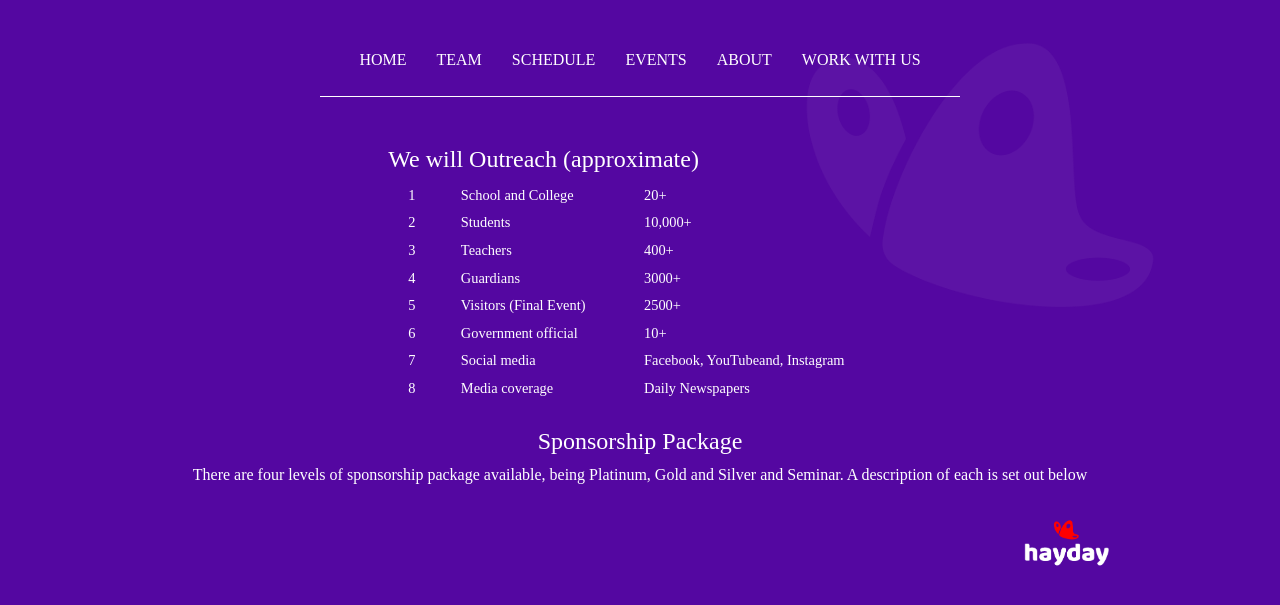
Repository: im1971/company-web
Page: workWithUs.html
An editor plug-in stored every save of this project. The page is shown before and after the next save, followed by the edit.
The browser window is 1280 px wide. The pictures show the whole page.
Some web fonts or font styles are not loaded; a fallback is used.

Above is the page before, as saved 2020-01-27 10:15:48.

### workWithUs.html
<!DOCTYPE html>
<html>

<head>
    <title>hayday</title>
    <link rel="shortcut icon" type="img/x-icon" href="img/fav.png" />
    <link rel="stylesheet" href="css/mdb.min.css">
    <link rel="stylesheet" href="css/bootstrap.min.css">
    <link rel="stylesheet" href="css/fontawesome.min.css">
    <link rel="stylesheet" href="css/all.min.css">
    <link rel="stylesheet" href="css/style.css">
    <!-- fonts -->
    <link href="https://fonts.googleapis.com/css?family=Baloo+Bhai&display=swap" rel="stylesheet">
    <!-- fonts -->

</head>

<body>

    <div class="wrap_hayday">
        <div class="back_img"></div>
        <div class="container-fluid">
            <div class="row justify-content-center pb-5">
                <div class="col-md-12">
                    <nav class="navbar navbar-expand-lg">
                        <button class="navbar-toggler" type="button" data-toggle="collapse" data-target="#navbarSupportedContent" aria-controls="navbarSupportedContent" aria-expanded="false" aria-label="Toggle navigation">
                          <span class="navbar-toggler-icon"></span>
                        </button>

                        <div class="collapse navbar-collapse" id="navbarSupportedContent">
                            <ul class="navbar-nav m-auto text-uppercase">
                                <li class="nav-item active">
                                    <a class="nav-link" href="index.html">Home</a>
                                </li>
                                <li class="nav-item">
                                    <a class="nav-link" href="team.html">Team</a>
                                </li>
                                <li class="nav-item">
                                    <a class="nav-link" href="#">SCHEDULE</a>
                                </li>
                                <li class="nav-item">
                                    <a class="nav-link" href="#">Events</a>
                                </li>
                                <li class="nav-item">
                                    <a class="nav-link" href="about.html">About</a>
                                </li>
                                <li class="nav-item">
                                    <a class="nav-link" href="workWithUs.html">Work With us</a>
                                </li>
                            </ul>
                        </div>
                    </nav>
                </div>
                <div class="col-md-6 border_deco pt-3"></div>
            </div>
            <!-- <div class="container"> -->
            <div class="row justify-content-center">
                <div class="col-md-5 outreach">
                    <h4>We will Outreach (approximate)</h4>
                    <div class="table-responsive table-sm">
                        <table class="table">
                            <tbody>
                                <tr>
                                    <td>1</td>
                                    <td>School and College</td>
                                    <td>20+</td>
                                </tr>
                                <tr>
                                    <td>2</td>
                                    <td>Students</td>
                                    <td>10,000+</td>
                                </tr>
                                <tr>
                                    <td>3</td>
                                    <td>Teachers</td>
                                    <td>400+</td>
                                </tr>
                                <tr>
                                    <td>4</td>
                                    <td>Guardians</td>
                                    <td>3000+</td>
                                </tr>
                                <tr>
                                    <td>5</td>
                                    <td>Visitors (Final Event)</td>
                                    <td>2500+</td>
                                </tr>
                                <tr>
                                    <td>6</td>
                                    <td>Government official</td>
                                    <td>10+</td>
                                </tr>
                                <tr>
                                    <td>7</td>
                                    <td>Social media</td>
                                    <td>Facebook, YouTubeand, Instagram</td>
                                </tr>
                                <tr>
                                    <td>8</td>
                                    <td>Media coverage</td>
                                    <td>Daily Newspapers</td>
                                </tr>
                            </tbody>
                        </table>
                    </div>
                </div>
            </div>
            <div class="row justify-content-center mt-2">
                <div class="col-md-12">
                    <h4 class="text-center">Sponsorship Package</h4>
                    <p class="text-center">
                        There are four levels of sponsorship package available, being Platinum, Gold and Silver and Seminar. A description of each is set out below
                    </p>
                </div>
            </div>
            <!-- </div> -->
            <div class="row justify-content-end my-3">
                <div class="col-md-4 m-autp">
                    <div class="middle_body">
                        <div class="logo">
                            <img src="img/logo.png" alt="" style="height: 50px">
                        </div>
                        <!-- <p>Read about our Inspiration</p> -->
                    </div>
                </div>
            </div>
        </div>
    </div>
    </div>



    <!-- <script src="https://code.jquery.com/jquery-3.4.1.slim.min.js" integrity="sha384-J6qa4849blE2+poT4WnyKhv5vZF5SrPo0iEjwBvKU7imGFAV0wwj1yYfoRSJoZ+n" crossorigin="anonymous"></script>
    <script src="https://cdn.jsdelivr.net/npm/popper.js@1.16.0/dist/umd/popper.min.js" integrity="sha384-Q6E9RHvbIyZFJoft+2mJbHaEWldlvI9IOYy5n3zV9zzTtmI3UksdQRVvoxMfooAo" crossorigin="anonymous"></script>
    <script src="https://stackpath.bootstrapcdn.com/bootstrap/4.4.1/js/bootstrap.min.js" integrity="sha384-wfSDF2E50Y2D1uUdj0O3uMBJnjuUD4Ih7YwaYd1iqfktj0Uod8GCExl3Og8ifwB6" crossorigin="anonymous"></script> -->

    <script type="text/javascript" src="js/jquery.min.js"></script>
    <!-- Bootstrap tooltips -->
    <script type="text/javascript" src="js/popper.min.js"></script>
    <!-- Bootstrap core JavaScript -->
    <script type="text/javascript" src="js/bootstrap.min.js"></script>
    <!-- MDB core JavaScript -->
    <script type="text/javascript" src="js/mdb.min.js"></script>


</body>

</html>

### css/style.css
body {
    padding: 0;
    margin: 0;
    background: #5407A1 !important;
    color: #fff !important;
    font-family: 'Baloo Bhai', cursive;
    position: relative;
}


/* global */

html {
    overflow: scroll;
    overflow-x: hidden;
}

::-webkit-scrollbar {
    width: 0px;
    /* Remove scrollbar space */
    background: transparent;
    /* Optional: just make scrollbar invisible */
}


/* Optional: show position indicator in red */

::-webkit-scrollbar-thumb {
    background: #FF0000;
}


/* global */

.back_img {
    background-image: url(../img/back.png);
    height: 350px;
    width: 600px;
    position: absolute;
    background-position: center center;
    background-size: cover;
    opacity: 5%;
    /* top: 30%; */
    right: 0;
}


/* header */

.wrap_hayday .navbar {
    box-shadow: none;
}

.wrap_hayday .container-fluid {
    min-height: 100vh;
}

.wrap_hayday nav .nav-link {
    padding-right: 15px !important;
    padding-left: 15px !important;
    color: #fff;
    font-family: 'Baloo Bhai', cursive;
}

.wrap_hayday .border_deco {
    border-bottom: .25px solid #fff;
}

.wrap_hayday nav .nav-link:hover {
    color: #FF0000;
    transition-duration: 0.5s;
}

.wrap_hayday .navbar {
    padding: 40px;
    padding-bottom: 0;
}


/* header */


/* middle body */

.wrap_hayday .middle_body {
    text-align: center;
}

.wrap_hayday .middle_body .logo img {
    /* background-image: url(logo.png); */
    height: 100px;
}

.wrap_hayday .others_page_middle {
    text-align: center;
    position: absolute;
    right: 30px;
    bottom: 0;
}

.wrap_hayday .others_page_middle img {
    height: 70px;
}


/* middle body */


/* footer-body */

.myprogress {
    min-width: 100%;
    margin: 0px auto;
    text-align: center;
}

.myprogress .circle {
    display: inline-block;
    background: #fff;
    width: 50px;
    height: 50px;
    border-radius: 80px;
    border: 1px solid #d5d5da;
    cursor: pointer;
}

.myprogress .circle:hover {
    background: #FF0000;
    color: #5407A1;
    transition-duration: 0.5s;
}

.myprogress .bar {
    position: relative;
    width: 100px;
    padding-right: 15px;
    font-family: none;
    /* height: 2px; */
    /* top: 10px; */
    /* border: 0px solid #fff; */
}

.myprogress .circle .label {
    display: inline-block;
    width: 40px;
    height: 40px;
    line-height: 30px;
    border-radius: 40px;
    font-size: 24px;
}

.myprogress .circle .title {
    color: #5407A1;
    font-size: 24px;
    line-height: 50px;
    cursor: pointer;
}

.myprogress .circle .title:hover {
    color: #fff;
}

.myprogress i {
    font-size: 11px;
}

.myprogress .abc {
    animation: pulse 1s infinite;
    color: #FF0000;
}

.myprogress .pulse {
    -webkit-animation-duration: 3s;
    -webkit-animation-delay: 2s;
    -webkit-animation-iteration-count: 5;
}


/* footer-body */


/* about hayday */

.accordion .card-header {
    padding: 0;
    background: #5407A1;
    margin-bottom: 0;
}

.accordion .card-header .btn-link {
    color: #fff;
    padding: 0;
}

.accordion .card {
    border: none;
    border-radius: 0;
}

.accordion i {
    position: absolute;
    right: 10px;
    top: 5px;
}

.accordion p {
    color: #000;
    font-family: serif;
    font-size: 15px;
}

.accordion h4 {
    color: #000;
    font-family: serif;
    font-weight: 700 !important;
    font-size: 22px;
}


/* about hayday */


/* work with us */

.outreach table.table th,
table.table td {
    padding: 3px 20px;
    color: #fff;
    border: none;
    font-family: auto;
}


/* work with us */


/* team */

.team .team_image {
    background-image: url(../img/team/team-back.jpg);
    height: 400px;
    background-position: center center;
    background-size: cover;
}

.team .grid {
    padding-left: 0;
    padding-right: 0;
}


/* team */

Loaded but not shown: css/mdb.min.css (library); css/bootstrap.min.css (library); css/fontawesome.min.css (library); css/all.min.css (library); js/jquery.min.js (library); js/popper.min.js (library); js/bootstrap.min.js (library); js/mdb.min.js (library)

After the next save:
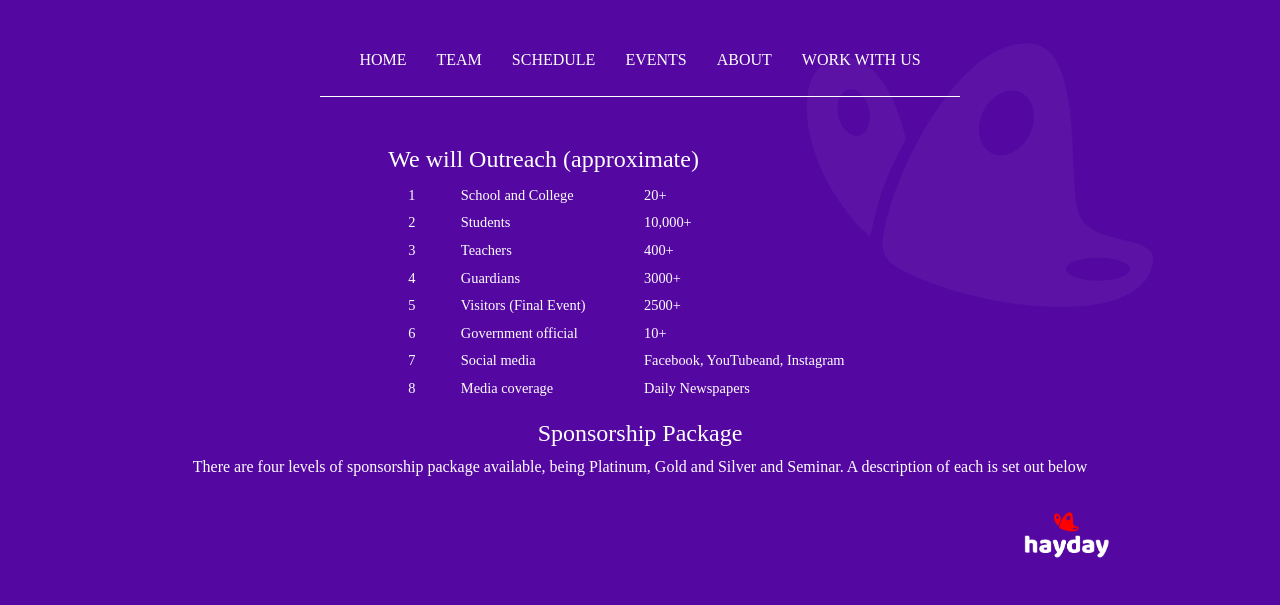
Saved 19 s later.
--- a/workWithUs.html
+++ b/workWithUs.html
@@ -105,7 +105,7 @@
                     </div>
                 </div>
             </div>
-            <div class="row justify-content-center mt-2">
+            <div class="row justify-content-center">
                 <div class="col-md-12">
                     <h4 class="text-center">Sponsorship Package</h4>
                     <p class="text-center">

After the save that followed:
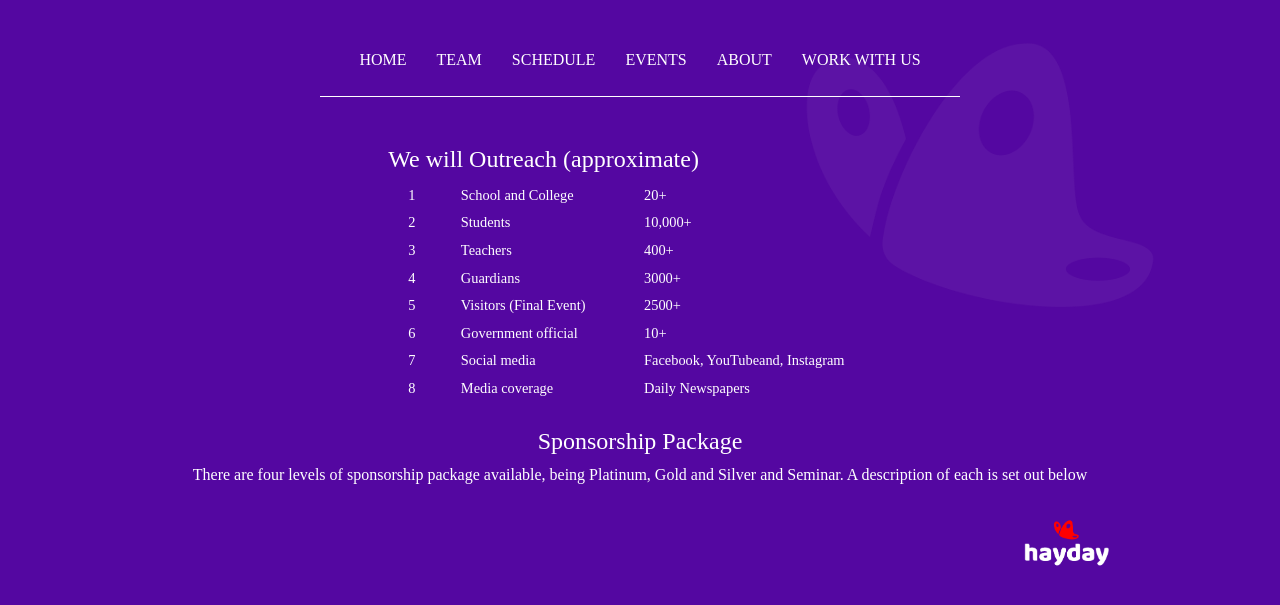
Saved 23 s later.
--- a/workWithUs.html
+++ b/workWithUs.html
@@ -105,7 +105,7 @@
                     </div>
                 </div>
             </div>
-            <div class="row justify-content-center">
+            <div class="row justify-content-center mt-2">
                 <div class="col-md-12">
                     <h4 class="text-center">Sponsorship Package</h4>
                     <p class="text-center">
